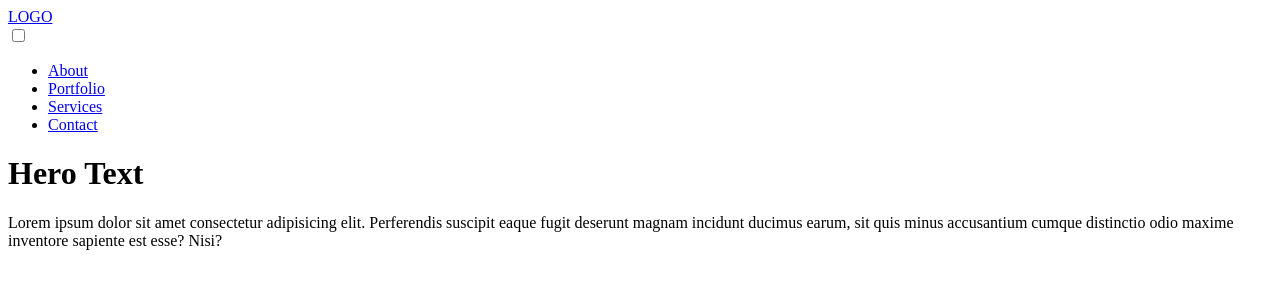
Repository: digiangler/animated-responsive-navbar
Page: dist/index.html
These files come from the project's save history. The page is drawn as it stood at one moment and after the next save; the edit follows.
The browser window is 1280 px wide. The pictures show the whole page.

Above is the page before, as saved 2020-10-21 01:09:11.

### dist/index.html
<!DOCTYPE html>
<html lang="ja">
  <head>
    <meta charset="UTF-8" />
    <meta name="viewport" content="width=device-width, initial-scale=1.0" />
    <title>Responsive Navbar Tutorial</title>
  </head>
  <body>
    <header class="main-header">
      <div class="logo">
        <a href="#">LOGO</a>
      </div>

      <input type="checkbox" class="menu-btn" id="menu-btn" />
      <label for="menu-btn" class="menu-icon">
        <span class="menu-icon__line"></span>
      </label>

      <ul class="nav-links">
        <li class="nav-link"><a href="#">About</a></li>
        <li class="nav-link"><a href="#">Portfolio</a></li>
        <li class="nav-link"><a href="#">Services</a></li>
        <li class="nav-link"><a href="#">Contact</a></li>
      </ul>
    </header>
    <div class="hero">
      <h1>Hero Text</h1>
    </div>
    <div class="container">
      <p>
        Lorem ipsum dolor sit amet consectetur adipisicing elit. Perferendis
        suscipit eaque fugit deserunt magnam incidunt ducimus earum, sit quis
        minus accusantium cumque distinctio odio maxime inventore sapiente est
        esse? Nisi?
      </p>
    </div>
  </body>
</html>

After the next save:
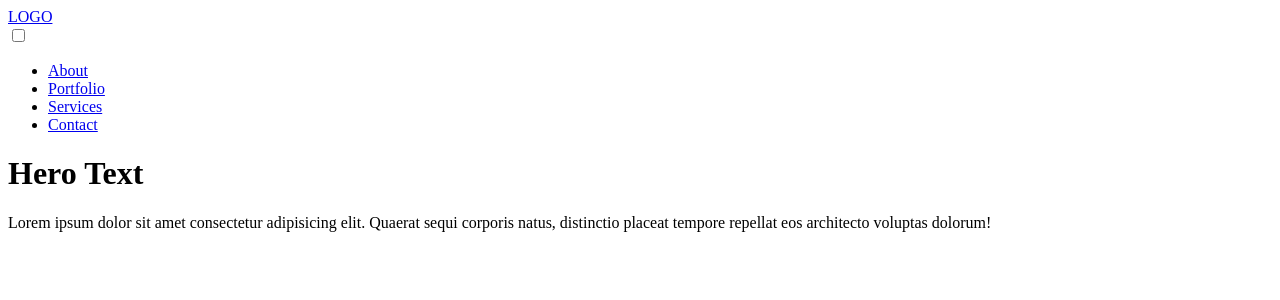
Saved 52 s later.
--- a/dist/index.html
+++ b/dist/index.html
@@ -28,10 +28,9 @@
     </div>
     <div class="container">
       <p>
-        Lorem ipsum dolor sit amet consectetur adipisicing elit. Perferendis
-        suscipit eaque fugit deserunt magnam incidunt ducimus earum, sit quis
-        minus accusantium cumque distinctio odio maxime inventore sapiente est
-        esse? Nisi?
+        Lorem ipsum dolor sit amet consectetur adipisicing elit. Quaerat sequi
+        corporis natus, distinctio placeat tempore repellat eos architecto
+        voluptas dolorum!
       </p>
     </div>
   </body>
